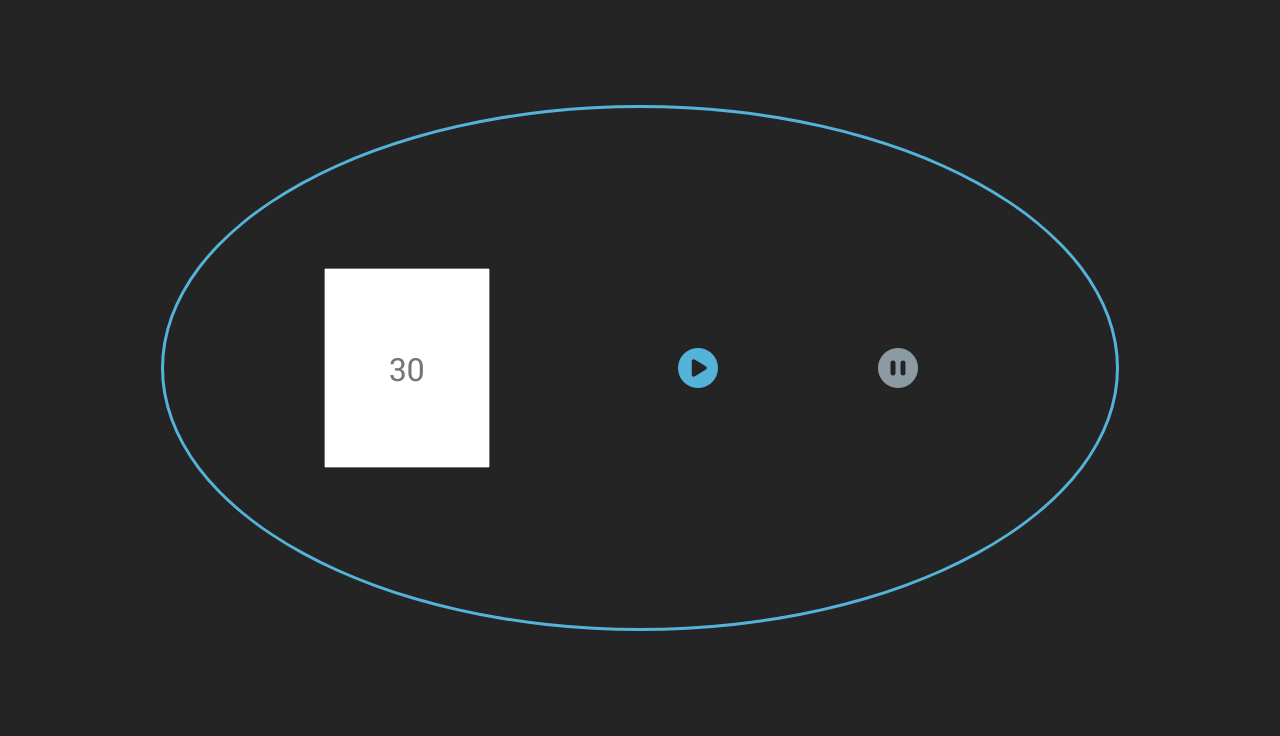
Repository: Sbethm/javascript-challenges
Page: index.html
An editor plug-in stored every save of this project. The page is shown before and after a run of saves, followed by the edit.
The browser window is 1280 px wide. The pictures show the whole page.
Some web libraries are served in a nearby version. The style sheet was rebuilt from its Sass, Less or Tailwind sources for each picture, by a compiler version that may differ from the author's.

Above is the page before, as saved 2021-09-17 09:39:43.

### index.html
<!DOCTYPE html>
<html lang="en">
<head>
    <meta charset="UTF-8">
    <meta http-equiv="X-UA-Compatible" content="IE=edge">
    <meta name="viewport" content="width=device-width, initial-scale=1.0">
    <link rel="stylesheet" href="./CSS/main.css">
    <link rel="preconnect" href="https://fonts.googleapis.com">
    <link rel="preconnect" href="https://fonts.gstatic.com" crossorigin>
    <link href="https://fonts.googleapis.com/css2?family=Roboto+Slab&display=swap" rel="stylesheet">
    <script src="https://kit.fontawesome.com/4348baf125.js" crossorigin="anonymous"></script>
    <title>SarahMoosa: JavaScript Challenges</title>
</head>
<body>
    <header></header>
    <main>
        <div class="container">
            <input type="text" placeholder="30">
            <div class="btn-container">
                <i class="fas fa-play-circle"></i>
                <i class="fas fa-pause-circle"></i>
            </div>
        </div>
    </main>
</body>
</html>

### SCSS/main.scss
@import "./variables";

body {
    background-color: rgb(37, 36, 36);
}

main{
    height: 100vh;
    display: flex;
    align-items: center;
    justify-content: center;
}

.container {
    display: grid;
    grid-template-columns: 50% 50%;
    grid-row: 25% 75%;
    width: 50%;
    padding: 5em;
    margin: 0 auto;
    font-family: 'Roboto Slab', serif;
    font-size: 2rem;
    background-color: rgb(37, 36, 36);
    border: solid 3px rgb(84, 179, 216);
    border-radius: 100%;
}

.btn-container {
    display: flex;
    justify-content: center;
    //align-items: center;
}

input {
    width: 50%;
    text-align: center;
    font-family: inherit;
    font-size: 100%;
}

i {
    padding: 2em;
    font-size: clamp(1rem, 75vw, 2.5rem);
}

.fa-pause-circle {
    color: $inactiveColor;
}

.fa-play-circle {
    color: $activeColor;
}

### SCSS/_variables.scss
//COLORS
$activeColor: hsl(197, 63%, 59%);
$inactiveColor: hsl(197, 10%, 59%);

After the next 3 saves:
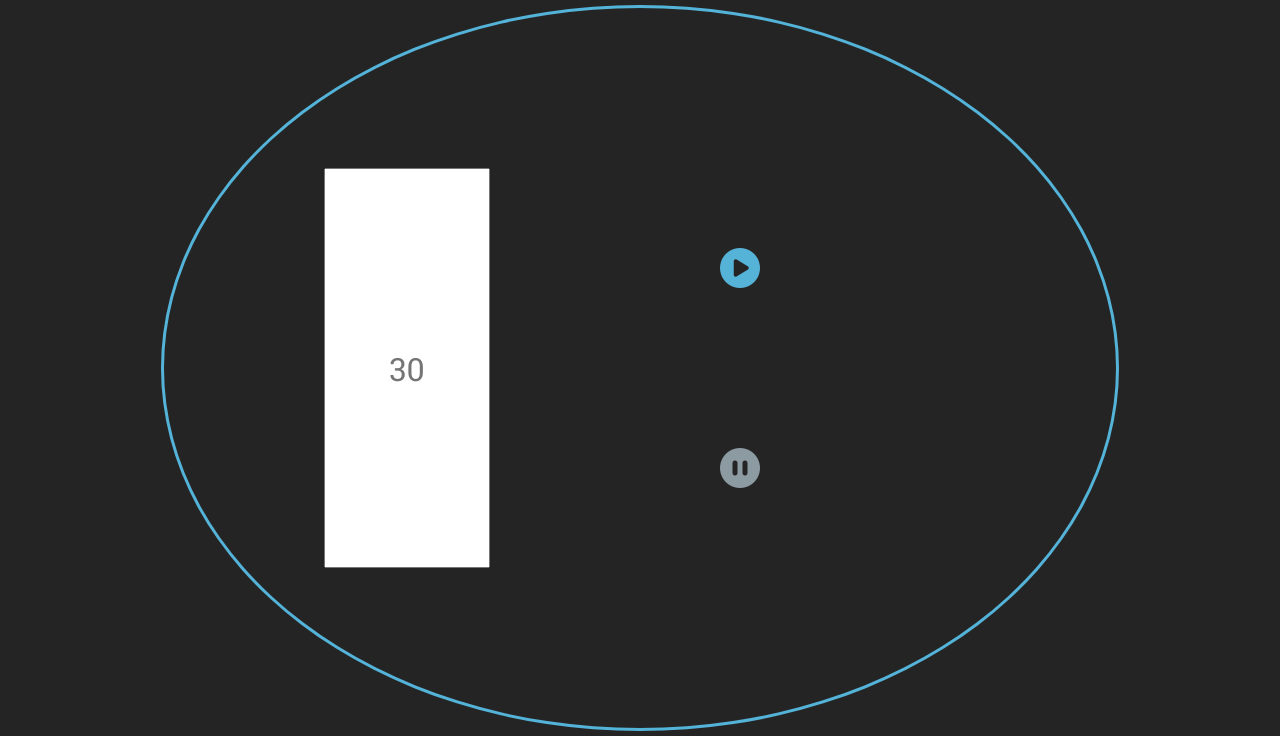
The 3 saves are shown as one change because they came seconds apart.
The last was saved 13 s later.
--- a/SCSS/main.scss
+++ b/SCSS/main.scss
@@ -26,8 +26,8 @@ main{
 }
 
 .btn-container {
-    display: flex;
-    justify-content: center;
+    // display: flex;
+    // justify-content: center;
     //align-items: center;
 }
 
